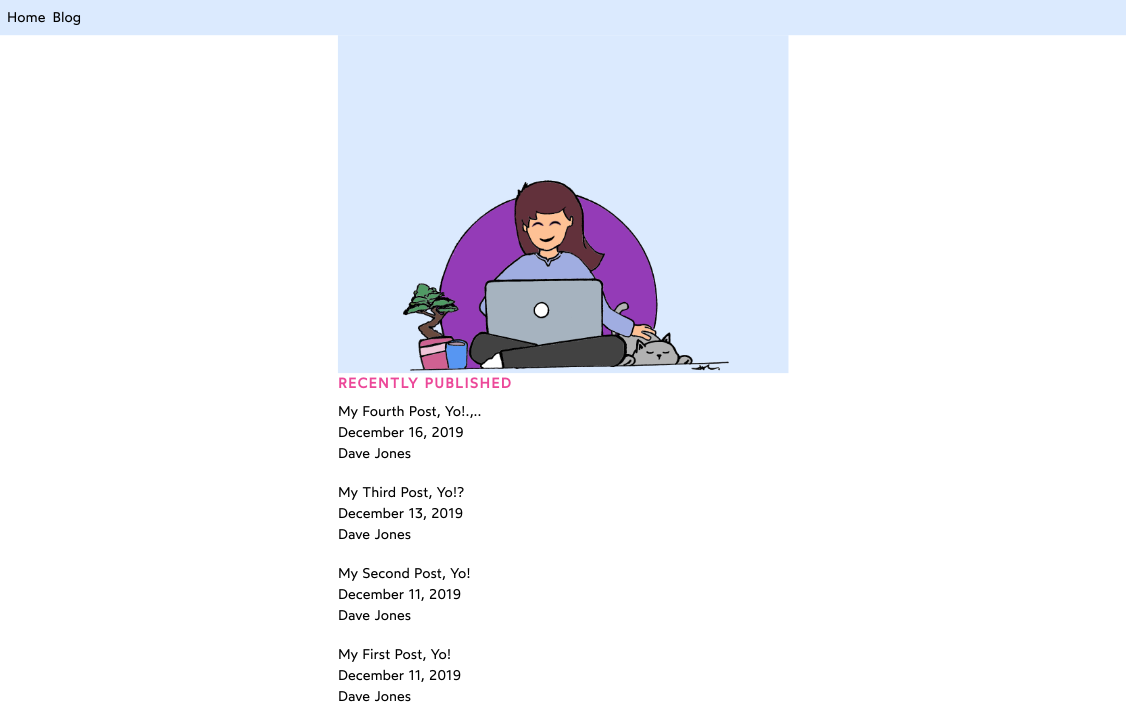
Repository: Risclover/markdown-blog
Page: /
An editor plug-in stored every save of this project. The page is shown before and after the next save, followed by the edit.
The browser window is 1280 px wide. The pictures show the whole page, at 88% of full size.
The project was rebuilt for these pictures with package versions that can differ from the ones it lists, and the page was loaded fresh each time.

Above is the page before, as saved 2023-06-28 12:07:19.

### src/index.js
import React from "react";
import ReactDOM from "react-dom/client";
import { BrowserRouter as Router } from "react-router-dom";
import "./fonts/wotfard-cufonfonts-webfont/style.css";

import "./index.css";
import App from "./App";

const root = ReactDOM.createRoot(document.getElementById("root"));
root.render(
  <Router>
    <App />
  </Router>
);

### src/fonts/wotfard-cufonfonts-webfont/style.css
/* #### Generated By: http://www.cufonfonts.com #### */

    @font-face {
    font-family: 'Wotfard Regular';
    font-style: normal;
    font-weight: normal;
    src: local('Wotfard Regular'), url('Wotfard-Regular.woff') format('woff');
    }

### src/index.css
*,
*::before,
*::after {
  box-sizing: border-box;
}
* {
  margin: 0;
}
body {
  line-height: 1.5;
  min-height: 100vh;
  -webkit-font-smoothing: antialiased;
}
img,
picture,
video,
canvas,
svg {
  display: block;
  max-width: 100%;
}
input,
button,
textarea,
select {
  font: inherit;
}
p,
h1,
h2,
h3,
h4,
h5,
h6 {
  overflow-wrap: break-word;
}
#root,
#__next {
  isolation: isolate;
}

### src/App.js
import "./App.css";
import { Route, Routes } from "react-router-dom";
import Home from "./pages/Home";
import NavBar from "./components/NavBar";
import Header from "./components/Header";

function App() {
  return (
    <div className="bg-white-100 min-h-screen">
      <Header>
        <NavBar />
      </Header>
      <div className="max-w-screen-lg m-auto">
        <Routes>
          <Route path="/" element={<Home />} />
        </Routes>
      </div>
    </div>
  );
}

export default App;

### src/pages/Home.js
import React, { useEffect } from "react";
import postList from "../posts.json";
import HomeHeader from "../components/HomeHeader";

export default function Home() {
  console.log(postList);

  postList.sort((a, b) => {
    let aPost = a.timestamp;
    let bPost = b.timestamp;

    return bPost - aPost;
  });

  return (
    <div className="container max-w-lg font-sans mx-auto border-black-4">
      <HomeHeader />
      <h2 className="uppercase text-base font-semibold tracking-widest text-pink-500">
        Recently Published
      </h2>
      <div className="grid grid-cols-1 gap-1 grid-flow-row ">
        {postList.map((post) => (
          <div key={post.id} className="container py-2 bg-white">
            <div>{post.title}</div>
            <div>{post.date}</div>
            <div>{post.author}</div>
          </div>
        ))}
      </div>
    </div>
  );
}

### src/components/NavBar.js
import React from "react";

export default function NavBar() {
  return (
    <div className="py-2">
      <ul className="flex">
        <li className="mx-2">Home</li>
        <li>Blog</li>
      </ul>
    </div>
  );
}

### src/components/Header.js
import React from "react";

export default function Header({ children }) {
  return <header className="w-full bg-blue-100">{children}</header>;
}

### src/posts.json
[{"id":4,"title":"My Third Post, Yo!?","subtitle":"No subtitle given","description":"No description given","author":"Dave Jones","date":"December 13, 2019","timestamp":1576224000,"content":"\nWelcome to My Blog. _It's a beautiful thing._ I hope you'll have as much fun reading my posts as I have writing them. Well, before we go any further, allow me to introduce myself. I'm Dave Jones. I'm 34, and from Montreal, Canada.\n"},{"id":3,"title":"My Second Post, Yo!","subtitle":"No subtitle given","description":"No description given","author":"Dave Jones","date":"December 11, 2019","timestamp":1576051200,"content":"\nWelcome to My Blog. _It's a beautiful thing._ I hope you'll have as much fun reading my posts as I have writing them. Well, before we go any further, allow me to introduce myself. I'm Dave Jones. I'm 34, and from Montreal, Canada.\n"},{"id":2,"title":"My Fourth Post, Yo!.,..","subtitle":"No subtitle given","description":"No description given","author":"Dave Jones","date":"December 16, 2019","timestamp":1576483200,"content":"\nWelcome to My Blog. _It's a beautiful thing._ I hope you'll have as much fun reading my posts as I have writing them. Well, before we go any further, allow me to introduce myself. I'm Dave Jones. I'm 34, and from Montreal, Canada.\n"},{"id":1,"title":"My First Post, Yo!","subtitle":"This is a subtitle.","description":"Happy Pride month! In this tutorial, I'll share a handful of my favourite animation tricks. You'll learn how to build an animated wavy pride flag using CSS keyframes and linear gradients. We'll also see how to make it dynamic using React. 🏳️‍🌈","author":"Dave Jones","date":"December 11, 2019","timestamp":1576051200,"content":"\nWelcome to My Blog. _It's a beautiful thing._ I hope you'll have as much fun reading my posts as I have writing them. Well, before we go any further, allow me to introduce myself. I'm Dave Jones. I'm 34, and from Montreal, Canada.\n"}]

### src/components/HomeHeader.js
import React from "react";
import Avatar from "../images/avatar.png";
export default function HomeHeader() {
  return (
    <div className="h-96 bg-blue-100 flex flex-col justify-end">
      <div>
        <img className="w-9/12 m-auto border-black-4" src={Avatar} />
      </div>
    </div>
  );
}

### tailwind.config.js
/** @type {import('tailwindcss').Config} */
module.exports = {
  content: [
    "./app/**/*.{js,ts,jsx,tsx,mdx}",
    "./pages/**/*.{js,ts,jsx,tsx,mdx}",
    "./components/**/*.{js,ts,jsx,tsx,mdx}",

    // Or if using `src` directory:
    "./src/**/*.{js,ts,jsx,tsx,mdx}",
  ],
  theme: {
    fontFamily: {
      sans: ["Wotfard Regular", "sans-serif"],
    },
    extend: {},
  },
  plugins: [],
};

Loaded but not shown: public/index.html (common file); src/App.css (common file)

After the next save:
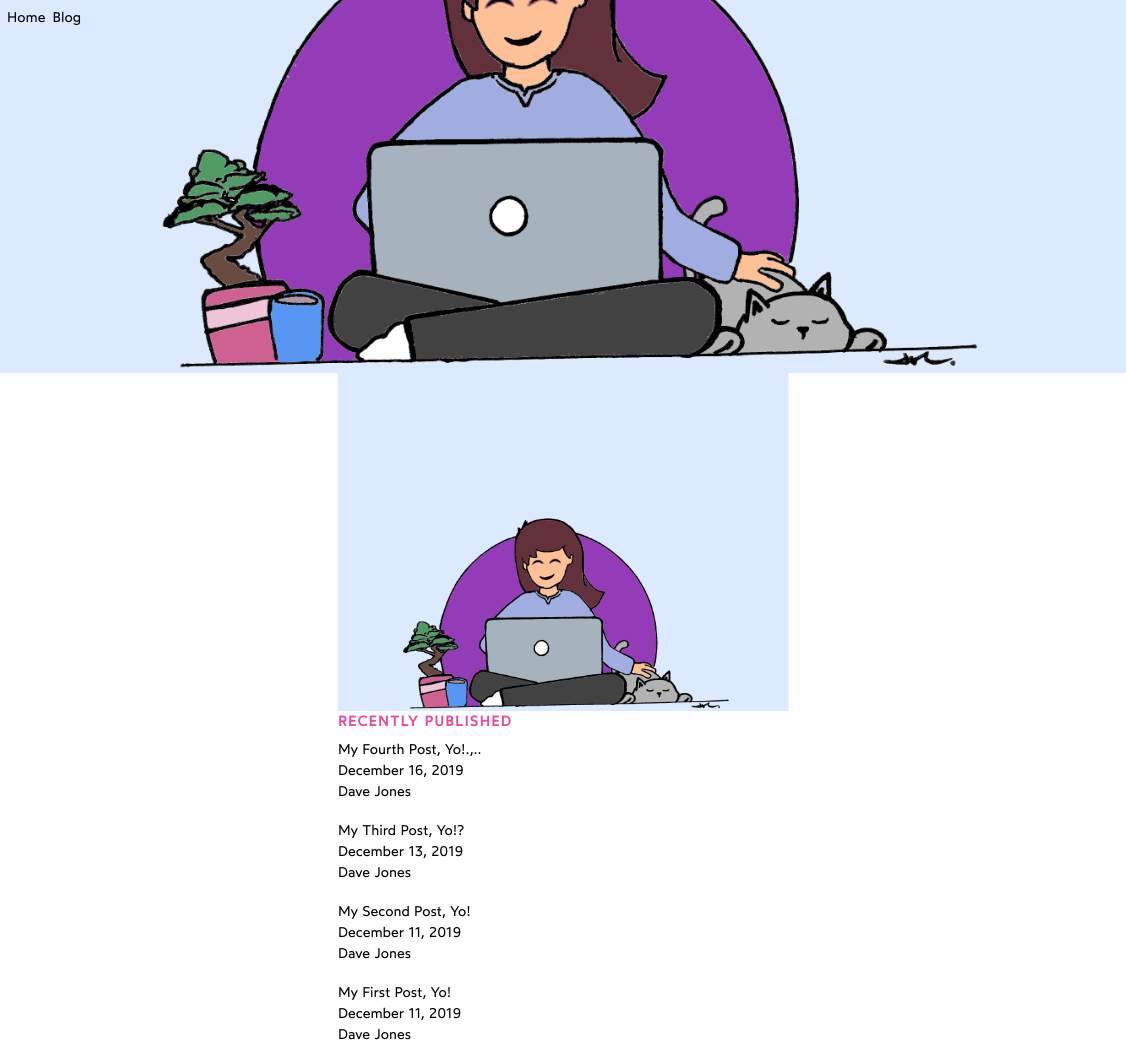
Saved 11 s later.
--- a/src/App.js
+++ b/src/App.js
@@ -3,12 +3,14 @@ import { Route, Routes } from "react-router-dom";
 import Home from "./pages/Home";
 import NavBar from "./components/NavBar";
 import Header from "./components/Header";
+import HomeHeader from "./components/HomeHeader";
 
 function App() {
   return (
     <div className="bg-white-100 min-h-screen">
       <Header>
         <NavBar />
+        <HomeHeader />
       </Header>
       <div className="max-w-screen-lg m-auto">
         <Routes>
